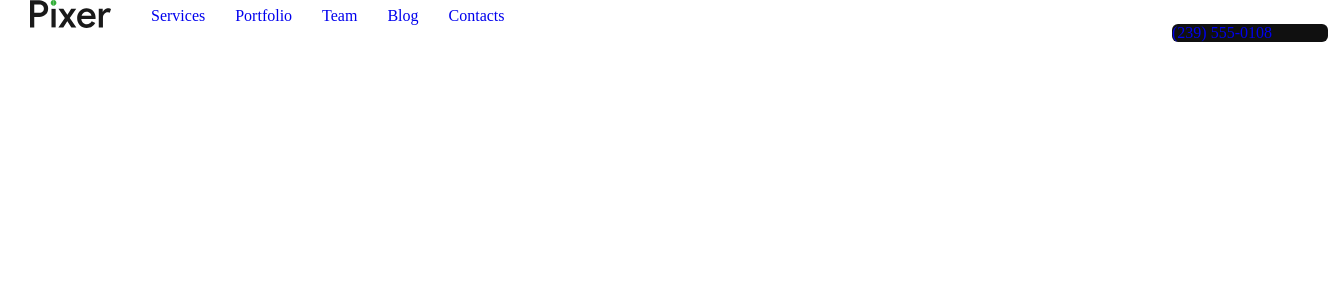
Repository: UlugbekAbdurasulov/pixar
Page: index.html
An editor plug-in stored every save of this project. The page is shown before and after the next save, followed by the edit.
The browser window is 1280 px wide. The page is 1328 px wide, then 1280 px, so the pictures cover 1328 px, including what lies to the right of the window. The pictures show the whole page.

Above is the page before, as saved 2023-06-04 23:12:15.

After the next save:
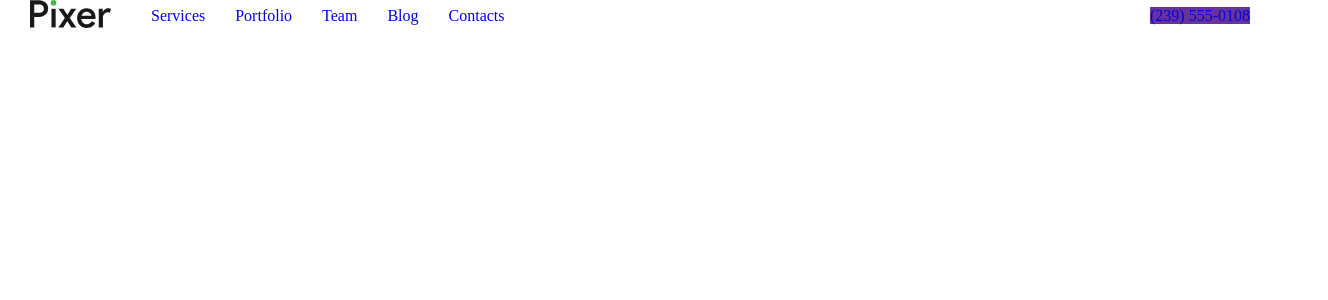
Saved 4 s later.
--- a/css/main.css
+++ b/css/main.css
@@ -78,12 +78,5 @@
 .navbar-enker{
     margin: auto right;
     background-color:rebeccapurple;
-    position: absolute;
-width: 156px;
 
-left: 1172px;
-top: 24px;
-
-background: #101010;
-border-radius: 6px;
 }
